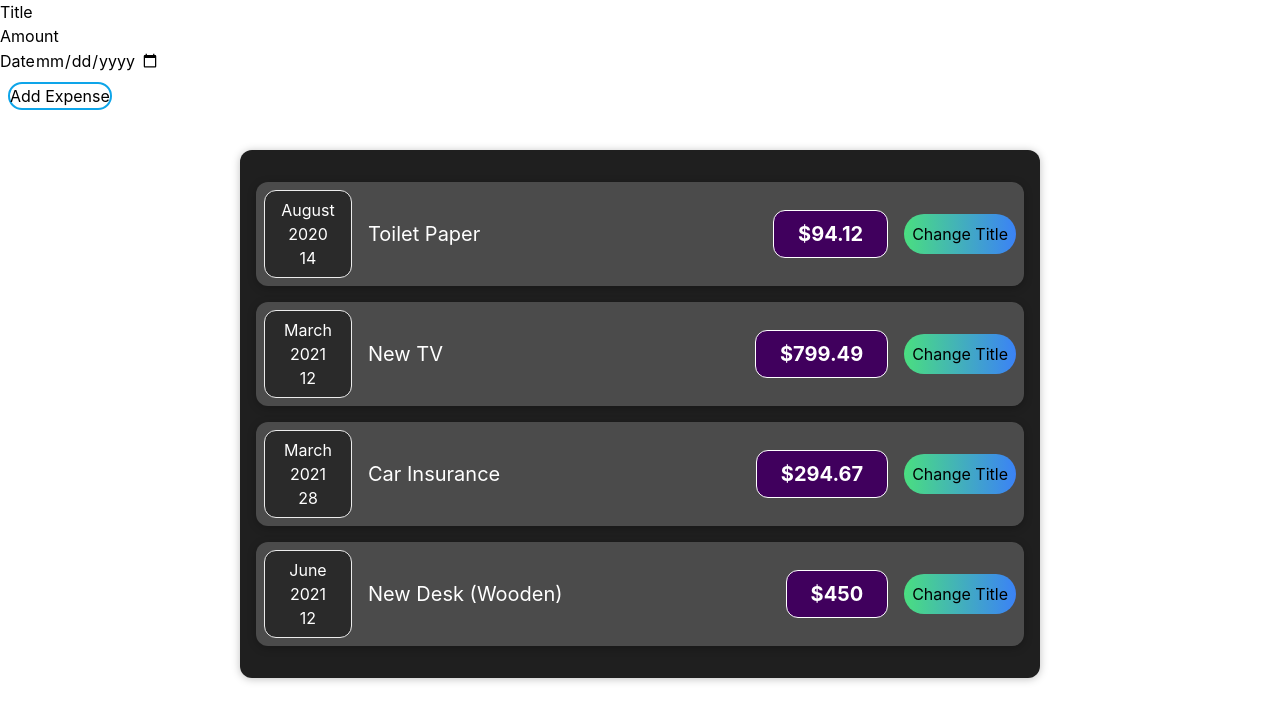
Repository: Sef24/expense-tracker
Page: /
The author's editor kept a copy of each file at every save. The page is drawn from the files as they stood at one save, then again after the next save.
The browser window is 1280 px wide. The pictures show the whole page.
The project was rebuilt for these pictures with package versions that can differ from the ones it lists, and the page was loaded fresh each time. Also part of the build but not shown: src/components/NewExpense/NewExpense.css, src/components/NewExpense/ExpenseForm.css.

Above is the page before, as saved 2022-04-24 15:46:01.

### public/index.html
<!DOCTYPE html>
<html lang="en">
  <head>
    <meta charset="utf-8" />
    <link rel="icon" href="%PUBLIC_URL%/favicon.ico" />
    <meta name="viewport" content="width=device-width, initial-scale=1" />

    <meta
      name="description"
      content="Web site created using create-react-app"
    />
    <link rel="apple-touch-icon" href="%PUBLIC_URL%/logo192.png" />
    <!--
      manifest.json provides metadata used when your web app is installed on a
      user's mobile device or desktop. See https://developers.google.com/web/fundamentals/web-app-manifest/
    -->
    <link rel="manifest" href="%PUBLIC_URL%/manifest.json" />
    <!--
      Notice the use of %PUBLIC_URL% in the tags above.
      It will be replaced with the URL of the `public` folder during the build.
      Only files inside the `public` folder can be referenced from the HTML.

      Unlike "/favicon.ico" or "favicon.ico", "%PUBLIC_URL%/favicon.ico" will
      work correctly both with client-side routing and a non-root public URL.
      Learn how to configure a non-root public URL by running `npm run build`.
    -->
    <title>React App</title>
  </head>
  <body>
    <noscript>You need to enable JavaScript to run this app.</noscript>
    <div id="root"></div>
    <!--
      This HTML file is a template.
      If you open it directly in the browser, you will see an empty page.

      You can add webfonts, meta tags, or analytics to this file.
      The build step will place the bundled scripts into the <body> tag.

      To begin the development, run `npm start` or `yarn start`.
      To create a production bundle, use `npm run build` or `yarn build`.
    -->
  </body>
</html>

### src/App.js
import Expenses from "./components/Expenses";
import NewExpense from "./components/NewExpense/NewExpense";

function App() {
  const expenses = [
    {
      id: "e1",
      title: "Toilet Paper",
      amount: 94.12,
      date: new Date(2020, 7, 14),
    },
    { id: "e2", title: "New TV", amount: 799.49, date: new Date(2021, 2, 12) },
    {
      id: "e3",
      title: "Car Insurance",
      amount: 294.67,
      date: new Date(2021, 2, 28),
    },
    {
      id: "e4",
      title: "New Desk (Wooden)",
      amount: 450,
      date: new Date(2021, 5, 12),
    },
  ];
  return (
    <div>
      <NewExpense />
      <Expenses items={expenses} />
    </div>
  );
}

export default App;

### src/components/Expenses.js
import React from "react";
import ExpenseItem from "./ExpenseItem";
import "./Expenses.css";

function Expenses(props) {
  <h1 className=""> Hello</h1>;
  return (
    <div className="expenses">
      <ExpenseItem
        title={props.items[0].title}
        amount={props.items[0].amount}
        date={props.items[0].date}
      />

      <ExpenseItem
        title={props.items[1].title}
        amount={props.items[1].amount}
        date={props.items[1].date}
      />
      <ExpenseItem
        title={props.items[2].title}
        amount={props.items[2].amount}
        date={props.items[2].date}
      />
      <ExpenseItem
        title={props.items[3].title}
        amount={props.items[3].amount}
        date={props.items[3].date}
      />
    </div>
  );
}

export default Expenses;

### src/components/NewExpense/NewExpense.js
import React from "react";
import "./NewExpense.css";
import ExpenseForm from "./ExpenseForm";

function NewExpense() {
  return (
    <div>
      <ExpenseForm onSaveExpenseData />
    </div>
  );
}

export default NewExpense;

### src/components/ExpenseItem.js
import React, { useState } from "react";
import "./ExpenseItem.css";
import ExpenseDate from "./ExpenseDate";

function ExpenseItem(props) {
  const [title, setTitle] = useState(props.title);

  const clickHandler = () => {
    setTitle("Updated");
    console.log(title);
  };

  return (
    <div className="expense-item ">
      <ExpenseDate date={props.date} />

      <div className="expense-item__description">
        <h2>{props.title}</h2>

        <div className="expense-item__price">${props.amount}</div>
      </div>
      <button
        className="p-2 ml-4 border-transparent rounded-full border-0
        bg-gradient-to-r from-green-400 to-blue-500
        hover:from-pink-500 hover:to-yellow-500 ...
        active:opacity-75"
        onClick={clickHandler}
      >
        Change Title
      </button>
    </div>
  );
}

export default ExpenseItem;

### src/components/NewExpense/ExpenseForm.js
import React, { useState } from "react";
import "./ExpenseForm.css";

function ExpenseForm() {
  const [enteredTitle, setEnteredTitle] = useState("");
  const [enteredAmount, setEnteredAmount] = useState("");
  const [enteredDate, setEnteredDate] = useState("");

  const titleChangeHandler = (event) => {
    setEnteredTitle(event.target.value);
  };

  const amountChangeHandler = (event) => {
    setEnteredAmount(event.target.value);
  };

  const dateChangeHandler = (event) => {
    setEnteredDate(event.target.value);
  };

  const submitExpenseHandler = (event) => {
    event.preventDefault();

    const expenseData = {
      title: enteredTitle,
      amount: enteredAmount,
      date: enteredDate,
    };
    console.log(expenseData);
    setEnteredTitle("");
    setEnteredAmount("");
    setEnteredDate("");
  };
  return (
    <form onSubmit={submitExpenseHandler}>
      <div>
        <div>
          <label>Title</label>
          <input
            type="text"
            value={enteredTitle}
            onChange={titleChangeHandler}
          />
        </div>

        <div>
          <label>Amount</label>
          <input
            type="number"
            value={enteredAmount}
            min="0.01"
            step="0.01"
            onChange={amountChangeHandler}
          />
        </div>

        <div>
          <label>Date</label>
          <input
            type="date"
            value={enteredDate}
            min="2019-01-01"
            max="2022-12-31"
            onChange={dateChangeHandler}
          />
        </div>
      </div>

      <div>
        <button
          className="border-solid border-2 border-sky-500 rounded-full m-2"
          type="submit"
        >
          Add Expense
        </button>
      </div>
    </form>
  );
}

export default ExpenseForm;

### src/components/ExpenseItem.css
.expense-item {
  display: flex;
  justify-content: space-between;
  align-items: center;
  box-shadow: 0 2px 8px rgba(0, 0, 0, 0.25);
  padding: 0.5rem;
  margin: 1rem 0;
  border-radius: 12px;
  background-color: #4b4b4b;
}

.expense-item__description {
  display: flex;
  flex-direction: column;
  gap: 1rem;
  align-items: flex-end;
  flex-flow: column-reverse;
  justify-content: flex-start;
  flex: 1;
}

.expense-item h2 {
  color: #3a3a3a;
  font-size: 1rem;
  flex: 1;
  margin: 0 1rem;
  color: white;
}

.expense-item__price {
  font-size: 1rem;
  font-weight: bold;
  color: white;
  background-color: #40005d;
  border: 1px solid white;
  padding: 0.5rem;
  border-radius: 12px;
}

@media (min-width: 580px) {
  .expense-item__description {
    flex-direction: row;
    align-items: center;
    justify-content: flex-start;
    flex: 1;
  }

  .expense-item__description h2 {
    font-size: 1.25rem;
  }

  .expense-item__price {
    font-size: 1.25rem;
    padding: 0.5rem 1.5rem;
  }
}

### src/components/ExpenseDate.js
import React from "react";
import "./ExpenseDate.css";

function ExpenseDate(props) {
  const month = props.date.toLocaleString("en-US", { month: "long" });
  const day = props.date.getDate();
  const year = props.date.getFullYear();

  return (
    <div className="expense-date">
      <div className="expense__month">{month}</div>
      <div className="expense__year">{year}</div>
      <div className="expense__day">{day}</div>
    </div>
  );
}

export default ExpenseDate;

Loaded but not shown: src/index.js (common file); src/index.css (common file); src/components/Expenses.css (common file); src/components/ExpenseDate.css (common file); tailwind.config.js (common file)

After the next save:
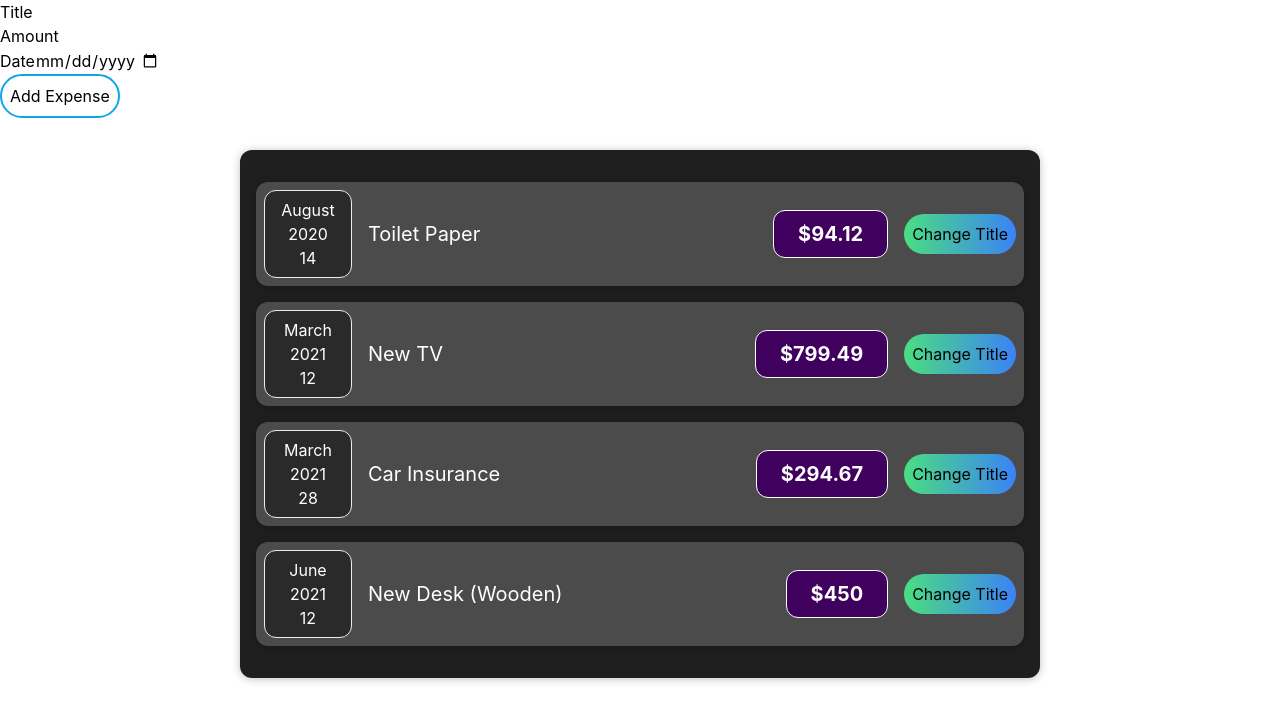
Saved 6 s later.
--- a/src/components/NewExpense/ExpenseForm.js
+++ b/src/components/NewExpense/ExpenseForm.js
@@ -68,7 +68,7 @@ function ExpenseForm() {
 
       <div>
         <button
-          className="border-solid border-2 border-sky-500 rounded-full m-2"
+          className="border-solid border-2 border-sky-500 rounded-full p-2"
           type="submit"
         >
           Add Expense
